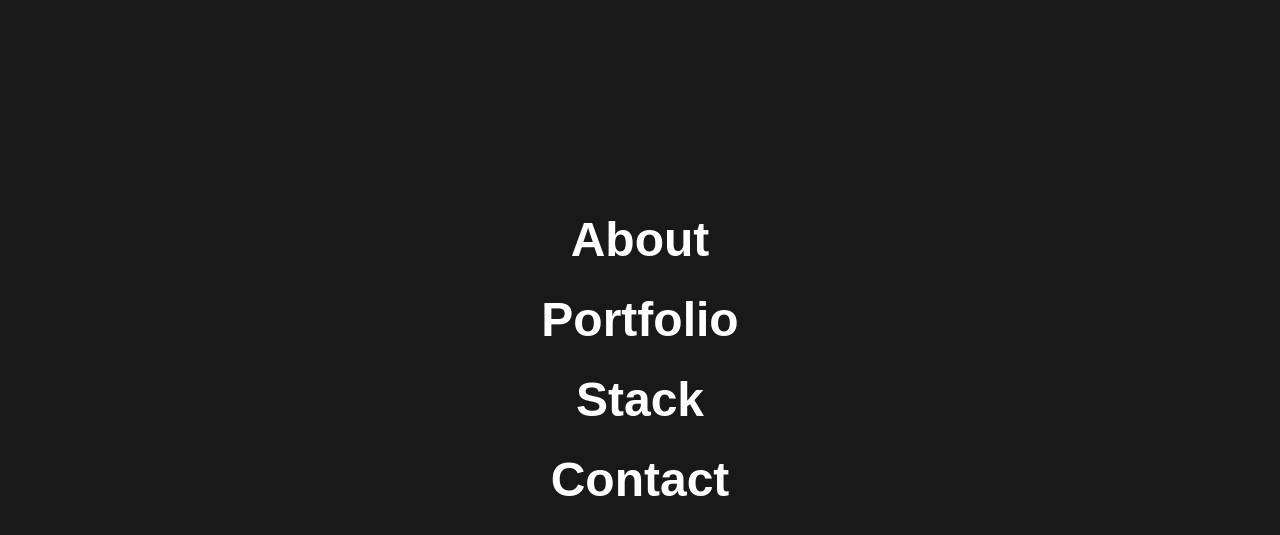
Repository: GG1627/2d-portfolio
Page: /
These files come from the project's save history. The page is drawn as it stood at one moment and after the next save; the edit follows.
The browser window is 1280 px wide. The pictures show the whole page.
The project was rebuilt for these pictures with package versions that can differ from the ones it lists, and the page was loaded fresh each time. The framework's server and built-in components were replaced by stand-ins that run in the browser. Also part of the build but not shown: next.config.ts.

Above is the page before, as saved 2025-01-07 17:23:44.

After the next save:
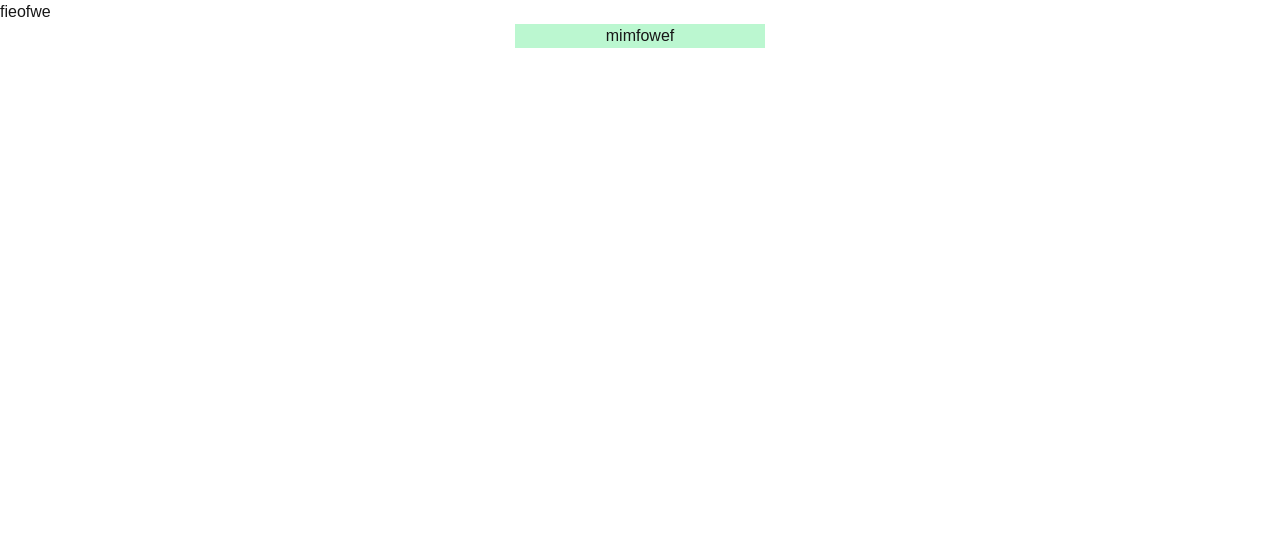
Saved 35 s later.
--- a/app/page.tsx
+++ b/app/page.tsx
@@ -1,12 +1,14 @@
 import Image from "next/image";
 import { Hero } from "./components/ui/Hero";
 import { Navbar } from "./components/ui/Navbar";
+import { Stack } from "./components/ui/Stack";
 
 export default function Home() {
   return (
     <div>
       {/* <Hero /> */}
-      <Navbar />
+      {/* <Navbar /> */}
+      <Stack />
     </div>
   );
 }
